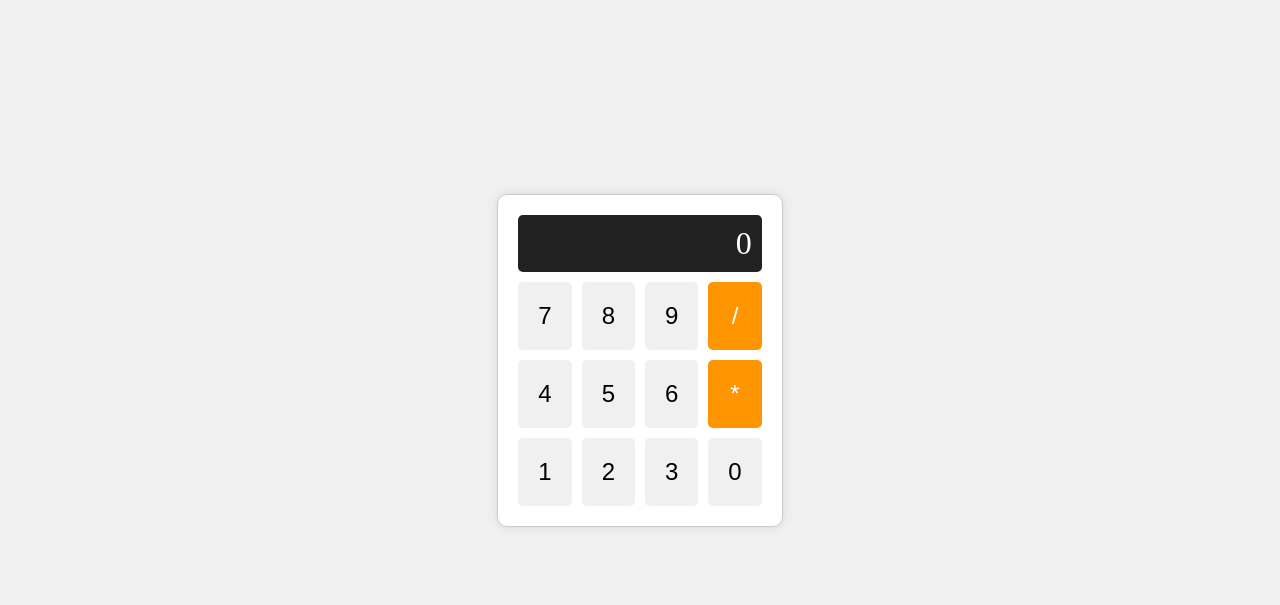
Repository: alizey12/calculator
Page: index.html
The author's editor kept a copy of each file at every save. The page is drawn from the files as they stood at one save, then again after the next save.
The browser window is 1280 px wide. The pictures show the whole page.

Above is the page before, as saved 2024-11-23 18:35:25.

### index.html
<!DOCTYPE html>
<html lang="en">
<head>
    <meta charset="UTF-8">
    <meta name="viewport" content="width=device-width, initial-scale=1.0">
    <title>Document</title>
    <link rel="stylesheet" href="styles.css">
</head>
<body>


        <div class="calculator">
            <div class="display" id="display">0</div>
            <div class="buttons">

                <!--
                <button class="btn operator">+</button>
                <button class="btn" id="clear">C</button>
                <button class="btn operator" id="equals">=</button>

                <button class="btn">.</button> -->
                <button class="btn">7</button>
                <button class="btn">8</button>
                <button class="btn">9</button>
                <button class="btn operator">/</button>
                <button class="btn">4</button>
                <button class="btn">5</button>
                <button class="btn">6</button>
                <button class="btn operator">*</button>
                <button class="btn">1</button>
                <button class="btn">2</button>
                <button class="btn">3</button>

                <button class="btn">0</button>



            </div>
        </div>


    <script src="script.js"></script>
</body>
</html>

### styles.css
body {
    display: flex;
    justify-content: center;
    align-items: center;
    height: 100vh;
    background-color: #f0f0f0;
    margin: 0;
}

.calculator {
    border: 1px solid #ccc;
    border-radius: 10px;

    padding: 20px;
    background-color: #fff;
    box-shadow: 0 0 10px rgba(0, 0, 0, 0.1);
}

.display {
    font-size: 2em;
    margin-bottom: 10px;
    padding: 10px;

    background-color: #222;
    color: #fff;
    text-align: right;
    border-radius: 5px;
}
#display{
    height: 80%;
}
.buttons {
    display: grid;
    grid-template-columns: repeat(4, 1fr);
    gap: 10px;
}

.btn {
    padding: 20px;
    font-size: 1.5em;
    border: none;
    border-radius: 5px;
    background-color: #f0f0f0;
    cursor: pointer;
}

.btn.operator {
    background-color: #ff9500;
    color: #fff;
}

.btn#clear {
    background-color: #ff3b30;
    color: #fff;
}

.btn#equals {
    grid-column: span 2;
    background-color: #34c759;
    color: #fff;
}

Loaded but not shown: script.js (no copy from this time; the picture is the same without it)

After the next save:
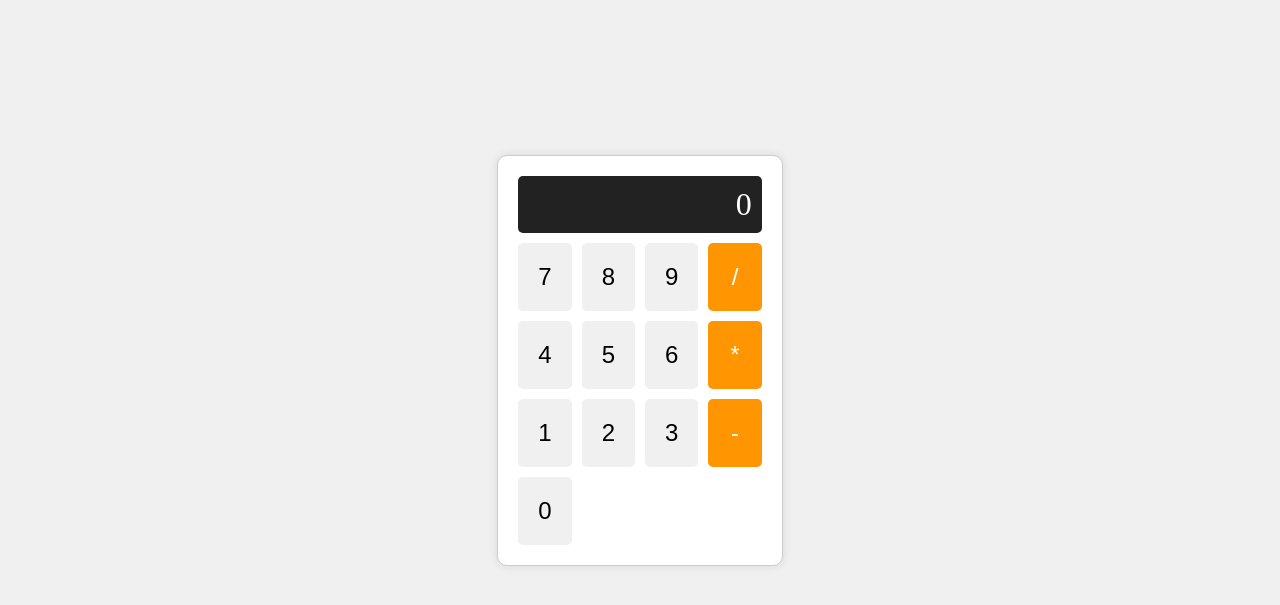
Saved 6 s later.
--- a/index.html
+++ b/index.html
@@ -30,6 +30,7 @@
                 <button class="btn">1</button>
                 <button class="btn">2</button>
                 <button class="btn">3</button>
+                <button class="btn operator">-</button>
 
                 <button class="btn">0</button>
 
